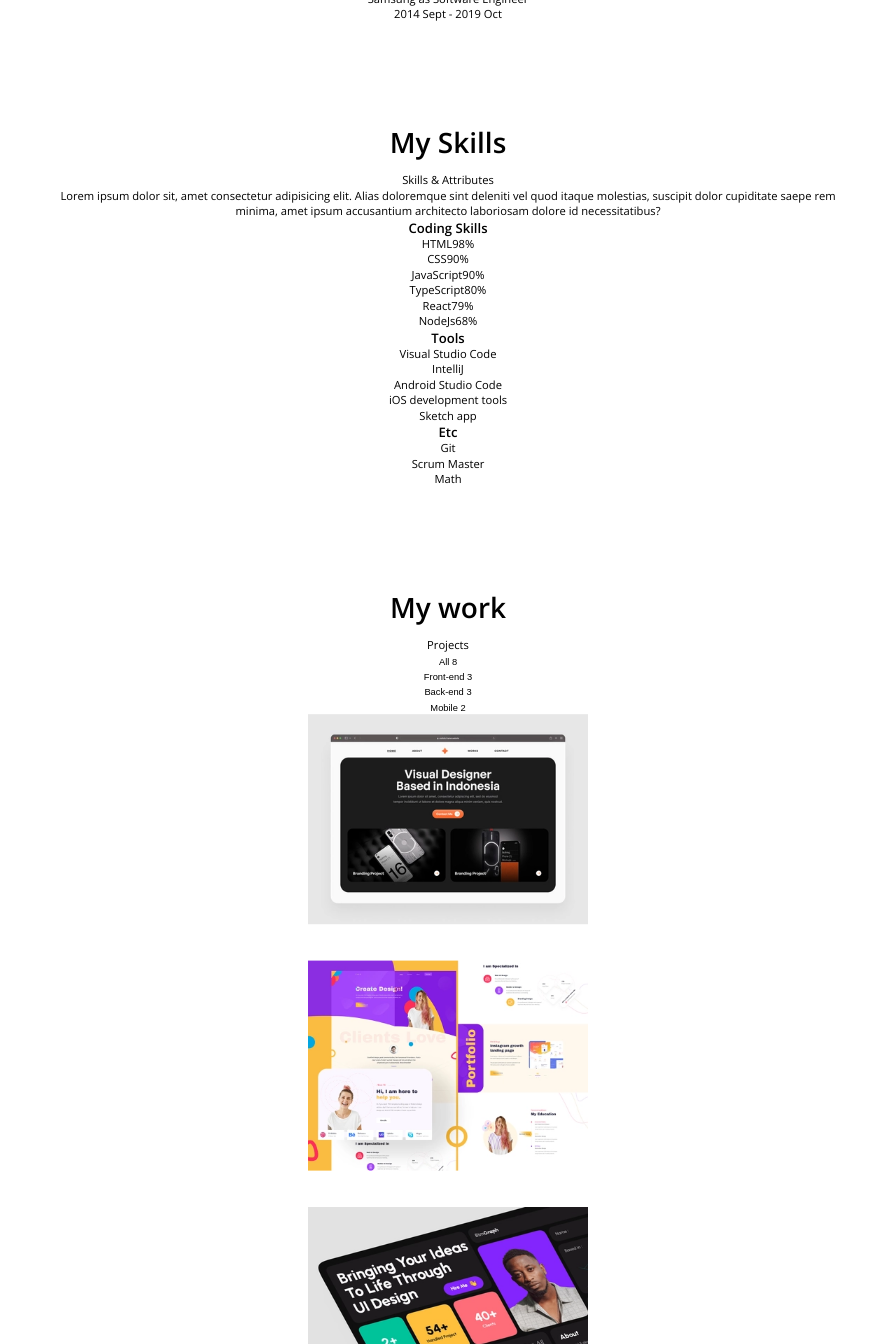
Repository: eggmoon/eggmoon_new
Page: index.html
The author's editor kept a copy of each file at every save. The page is drawn from the files as they stood at one save, then again after a run of saves.
The browser window is 1280 px wide. The pictures show the part of the page from y = 1156 to 3076 px (the page is 6527 px tall before and 6546 px after), at 70% of full size.
Some web libraries are served in a nearby version.

Above is the page before, as saved 2025-02-26 11:22:31.

### index.html
<!DOCTYPE html>
<html lang="en">
  <head>
    <meta charset="UTF-8" />
    <meta http-equiv="X-UA-Compatible" content="IE=edge" />
    <meta name="viewport" content="width=device-width, initial-scale=1.0" />
    <!-- SEO -->
    <title>행정심판청구서 작성 가이드</title>
    <meta
      name="description"
      content="Portfolio for world-renowned software
    engineer Ellie"
    />
    <meta name="author" content="MScho" />
    <link rel="shortcut icon" href="images/favicon.ico" type="image/x-icon" />
    <!-- OG (Open Graph Data) -->
    <meta property="og:title" content="행정정심판청구서 작성 가이드" />
    <meta property="og:type" content="website" />
    <meta property="og:url" content="https://eggmoon.github.io/eggmoon/"/>
    <meta property="og:image" content="배포후에 생성된 이미지 URL" />
    <!-- Google Fonts -->
    <link rel="preconnect" href="https://fonts.googleapis.com" />
    <link rel="preconnect" href="https://fonts.gstatic.com" crossorigin />
    <link
      href="https://fonts.googleapis.com/css2?family=Open+Sans:wght@400;600&display=swap"
      rel="stylesheet"
    />
    <!-- Font Awesome -->
    <script
      src="https://kit.fontawesome.com/9eb162ac0d.js"
      crossorigin="anonymous"
    ></script>
    <!-- CSS -->
    <link rel="stylesheet" href="css/style.css" />
    <!-- Javascript -->
    <script src="src/main.js" defer></script>
  </head>
  <body>
    <!-- Header -->
    <header class="header">
      <div class="header__logo">
        <img class="header__logo__img" src="images/favicon.ico" alt="logo" />
        <h1 class="header__logo__title"><a href="#">조미성 행정사사무소</a></h1>
      </div>
      <nav>
        <ul class="header__menu">
          <li><a class="header__menu__item active" href="#home">작성 Flow</a></li>
          <li><a class="header__menu__item" href="#about">사실관계 확인</a></li>
          <li><a class="header__menu__item" href="#skills">법령 포섭</a></li>
          <li><a class="header__menu__item" href="#work">사실의 재구성</a></li>
          <li><a class="header__menu__item" href="#testimonial">비례의 원칙</a></li>
          <li><a class="header__menu__item" href="#contact">청구서 작성</a></li>
        </ul>
      </nav>
    </header>
    <!-- Main -->
    <main>
      <!-- Home -->
      <section id="home" class="section">
        <img class="home__logo" src="images/favicon.ico" alt="Ellie's profile" />
        <h2 class="home__title"><strong class="home__title--strong">행정심판청구서</strong> <br> 작성 가이드</h2>
        <p class="home__description">사실관계 확정과 비례의 원칙을 중심으로</p>
        <a class="home__contact" href="#contact">조미성 행정사사무소</a>
      </section>
      <!-- About -->
      <section id="about" class="section">
        <h2 class="title">0. 작성 Flow</h2>
        <p section="description">
          사실관계 및 법령의 확인
        </p>
        <ul>
          <li>
            <i class="fa-brands fa-html5"></i>
            <p>Front-end</p>
            <p>HTML, CSS, JavaScript, TypeScript, React, Vue, Web APIs</p>
          </li>
          <li>
            <i class="fa-solid fa-mobile"></i>
            <p>Mobile</p>
            <p>Android, iOS, React Navtive, Flutter, Java, Swift, Kotlin</p>
          </li>
          <li>
            <i class="fa-solid fa-server"></i>
            <p>Back-end</p>
            <p>Java, JavaScript, Go, NodeJs, Rest APIs, GraphQL</p>
          </li>
        </ul>
        <ul>
          <li>
            <img src="images/jobs/google.png" alt="google logo" />
            <div>
              <p>Google as Senior Software Engineer</p>
              <p>2019 Oct - Until now</p>
            </div>
          </li>
          <li>
            <img src="images/jobs/samsung.png" alt="samsung logo" />
            <div>
              <p>Samsung as Software Engineer</p>
              <p>2014 Sept - 2019 Oct</p>
            </div>
          </li>
        </ul>
      </section>
      <!-- Skills -->
      <section id="skills" class="section">
        <h2 class="title">My Skills</h2>
        <p>Skills & Attributes</p>
        <p>
          Lorem ipsum dolor sit, amet consectetur adipisicing elit. Alias
          doloremque sint deleniti vel quod itaque molestias, suscipit dolor
          cupiditate saepe rem minima, amet ipsum accusantium architecto
          laboriosam dolore id necessitatibus?
        </p>
        <div>
          <section>
            <h3>Coding Skills</h3>
            <ul>
              <li>
                <div><span>HTML</span><span>98%</span></div>
                <div><div style="width: 98%"></div></div>
              </li>
              <li>
                <div><span>CSS</span><span>90%</span></div>
                <div><div style="width: 90%"></div></div>
              </li>
              <li>
                <div><span>JavaScript</span><span>90%</span></div>
                <div><div style="width: 90%"></div></div>
              </li>
              <li>
                <div><span>TypeScript</span><span>80%</span></div>
                <div><div style="width: 80%"></div></div>
              </li>
              <li>
                <div><span>React</span><span>79%</span></div>
                <div><div style="width: 79%"></div></div>
              </li>
              <li>
                <div><span>NodeJs</span><span>68%</span></div>
                <div><div style="width: 68%"></div></div>
              </li>
            </ul>
          </section>
          <section>
            <h3>Tools</h3>
            <ul>
              <li>Visual Studio Code</li>
              <li>IntelliJ</li>
              <li>Android Studio Code</li>
              <li>iOS development tools</li>
              <li>Sketch app</li>
            </ul>
          </section>
          <section>
            <h3>Etc</h3>
            <ul>
              <li>Git</li>
              <li>Scrum Master</li>
              <li>Math</li>
            </ul>
          </section>
        </div>
      </section>
      <!-- Work -->
      <section id="work" class="section">
        <h2 class="title">My work</h2>
        <p>Projects</p>
        <ul>
          <li>
            <button>All <span>8</span></button>
          </li>
          <li>
            <button>Front-end <span>3</span></button>
          </li>
          <li>
            <button>Back-end <span>3</span></button>
          </li>
          <li>
            <button>Mobile <span>2</span></button>
          </li>
        </ul>
        <ul>
          <li>
            <a href="#" target="_blank">
              <img src="images/projects/project1.webp" alt="project1" />
              <div>
                <h3>Project #1</h3>
                <p>Clone Coding with HTML, CSS</p>
              </div>
            </a>
          </li>
          <li>
            <a href="#" target="_blank">
              <img src="images/projects/project2.webp" alt="project2" />
              <div>
                <h3>Project #2</h3>
                <p>Clone Coding with HTML, CSS</p>
              </div>
            </a>
          </li>
          <li>
            <a href="#" target="_blank">
              <img src="images/projects/project3.webp" alt="project3" />
              <div>
                <h3>Project #3</h3>
                <p>Clone Coding with HTML, CSS</p>
              </div>
            </a>
          </li>
          <li>
            <a href="#" target="_blank">
              <img src="images/projects/project4.webp" alt="project4" />
              <div>
                <h3>Project #4</h3>
                <p>Clone Coding with HTML, CSS</p>
              </div>
            </a>
          </li>
          <li>
            <a href="#" target="_blank">
              <img src="images/projects/project5.webp" alt="project5" />
              <div>
                <h3>Project #5</h3>
                <p>Clone Coding with HTML, CSS</p>
              </div>
            </a>
          </li>
          <li>
            <a href="#" target="_blank">
              <img src="images/projects/project6.webp" alt="project6" />
              <div>
                <h3>Project #6</h3>
                <p>Clone Coding with HTML, CSS</p>
              </div>
            </a>
          </li>
          <li>
            <a href="#" target="_blank">
              <img src="images/projects/project7.webp" alt="project7" />
              <div>
                <h3>Project #7</h3>
                <p>Clone Coding with HTML, CSS</p>
              </div>
            </a>
          </li>
          <li>
            <a href="#" target="_blank">
              <img src="images/projects/project8.webp" alt="project8" />
              <div>
                <h3>Project #8</h3>
                <p>Clone Coding with HTML, CSS</p>
              </div>
            </a>
          </li>
        </ul>
      </section>
      <!-- Testimonials -->
      <section id="testimonial" class="section">
        <h2 class="title">Testimonial</h2>
        <p>See what they say about me</p>
        <ul>
          <li>
            <img src="images/testimonials/people1.webp" alt="people1" />
            <div>
              <p>
                Lorem ipsum dolor sit amet, consectetur adipisicing elit. Rem ad
                iusto, ea alias, at sit libero laboriosam eaque eum, reiciendis
                obcaecati vitae non reprehenderit beatae officiis. Dolore
                corporis eveniet labore.
              </p>
              <p><a href="#">James Kim</a> /Google</p>
            </div>
          </li>
          <li>
            <img src="images/testimonials/people2.webp" alt="people2" />
            <div>
              <p>
                Lorem ipsum, dolor sit amet consectetur adipisicing elit. Iure
                adipisci quibusdam perspiciatis neque consequuntur nostrum
                quisquam dolore consequatur voluptatum animi laborum, sequi
                ipsum rerum voluptatibus sit ab similique quos velit?
              </p>
              <p><a href="#">Anna Jin</a> /Samsung</p>
            </div>
          </li>
          <li>
            <img src="images/testimonials/people3.webp" alt="people3" />
            <div>
              <p>
                Lorem ipsum dolor sit amet consectetur adipisicing elit.
                Perferendis, mollitia. Fugiat recusandae unde ducimus harum
                voluptas earum reiciendis expedita inventore quas ab eum
                dignissimos, maiores deleniti officiis qui, repudiandae
                voluptatibus?
              </p>
              <p><a href="#">Anna Jin</a> /Samsung</p>
            </div>
          </li>
        </ul>
      </section>
      <!-- Arrow up -->
      <aside>
        <a href="#home" title="back to top">
          <i class="fa-solid fa-arrow-up"></i>
        </a>
      </aside>
    </main>
    <!-- Footer -->
    <footer id="contact" class="section">
      <h2>Let&#39;s talk</h2>
      <p>dream.coder.ellie@gmail.com</p>
      <ul>
        <li>
          <a
            href="https://github.com/dream-ellie"
            target="_blank"
            title="my github link"
          >
            <i class="fa-brands fa-github"></i>
          </a>
        </li>
        <li>
          <a
            href="https://github.com/dream-ellie"
            target="_blank"
            title="my linkedin link"
          >
            <i class="fa-brands fa-linkedin"></i>
          </a>
        </li>
      </ul>
      <p>ⓒDream Coding Ellie - All rights reserved</p>
    </footer>
  </body>
</html>

### css/style.css
/* Global */
:root {
/* App Colors */
  --color-primary: var(--color-black);
  --color-primary-variant: var(--color-gray);
  --color-accent: var(--color-blue);
  --color-accent-variant: var(--color-orange);
  --color-text: var(--color-white);
  /* Colors */
  --color-white: #ffffff;
  --color-black: #050a13;
  --color-blue: #03e8f9;
  --color-orange: #fd6413;
  --color-gray: #1b1e26;
}
*{
  box-sizing: border-box;
}
body {
  font-family: 'Open Sans', sans-serif;
  margin: 0;
}
h1, h2, h3, p, ul {
  margin: 0;
}

ul {
  list-style: none;
  padding: 0;
}

a{
  text-decoration: none;
  color: var(--color-text);
}

button{
  background-color: transparent;
  outline: 0;
  border: 0;
}

button:focus {
  outline: 1px solid var(--color-blue);
}

/* Common */
.section{
  padding: 4rem;
  text-align: center !important;
}

.title{
  font-size: 2.5rem;
  margin: 1rem 0;

}

.description{
  font-size:1.5rem;
  margin:0.5rem 0;
}

/* Header */
.header{
  position: fixed;
  background-color: var(--color-black);
  top: 0;
  width: 100%;
  padding:1rem;
  display: flex;
  justify-content: space-between;
  align-items: center;
}

.header__logo{
  display:flex;
  align-items: center;
  gap: 8px
}

.header__logo__img{
  width: 36px;
  height: 36px;
}

.header__logo__title {
  font-size: 1.8rem;
}

.header__menu{
  display:flex;
  gap: 4px;
}
.header__menu__item{
  padding: 8px 16px;
}
.header__menu__item:hover{
  border-bottom: 1px solid var(--color-accent);
}
.header__menu__item.active{
  border: 1px solid var(--color-accent);
}
/* Home */
#home{
  background-color: var(--color-primary);
  color: var(--color-text);
  padding: 5rem 1rem;
  padding-top: 7rem;
  text-align: center;
}
.home__logo{
 width: 250px;
 height: 250px;
 object-fit: contain;
 border: 3px solid var(--color-accent);
 border-radius: 50%;
}
.home__title{
 font-size:3rem;
 margin-bottom: 1rem;

}
.home__title--strong{
  color: var(--color-accent);
}
/* .home__description{

} */

.home__contact{
  display: inline-block;
  background-color: var(--color-accent);
  color: var(--color-black);
  padding: 0.5rem 1rem;
  font-weight: bold;
  border-radius: 4px;
}

.home__contact:hover{
    /* hover 밀림 현상 해결: width, height을 주거나 outline으로 해결함 */
  background-color:transparent;
  outline: 1px solid var(--color-accent);
  color: var(--color-text);

}

Loaded but not shown: src/main.js (no copy from this time; the picture is the same without it)

After the next 2 saves:
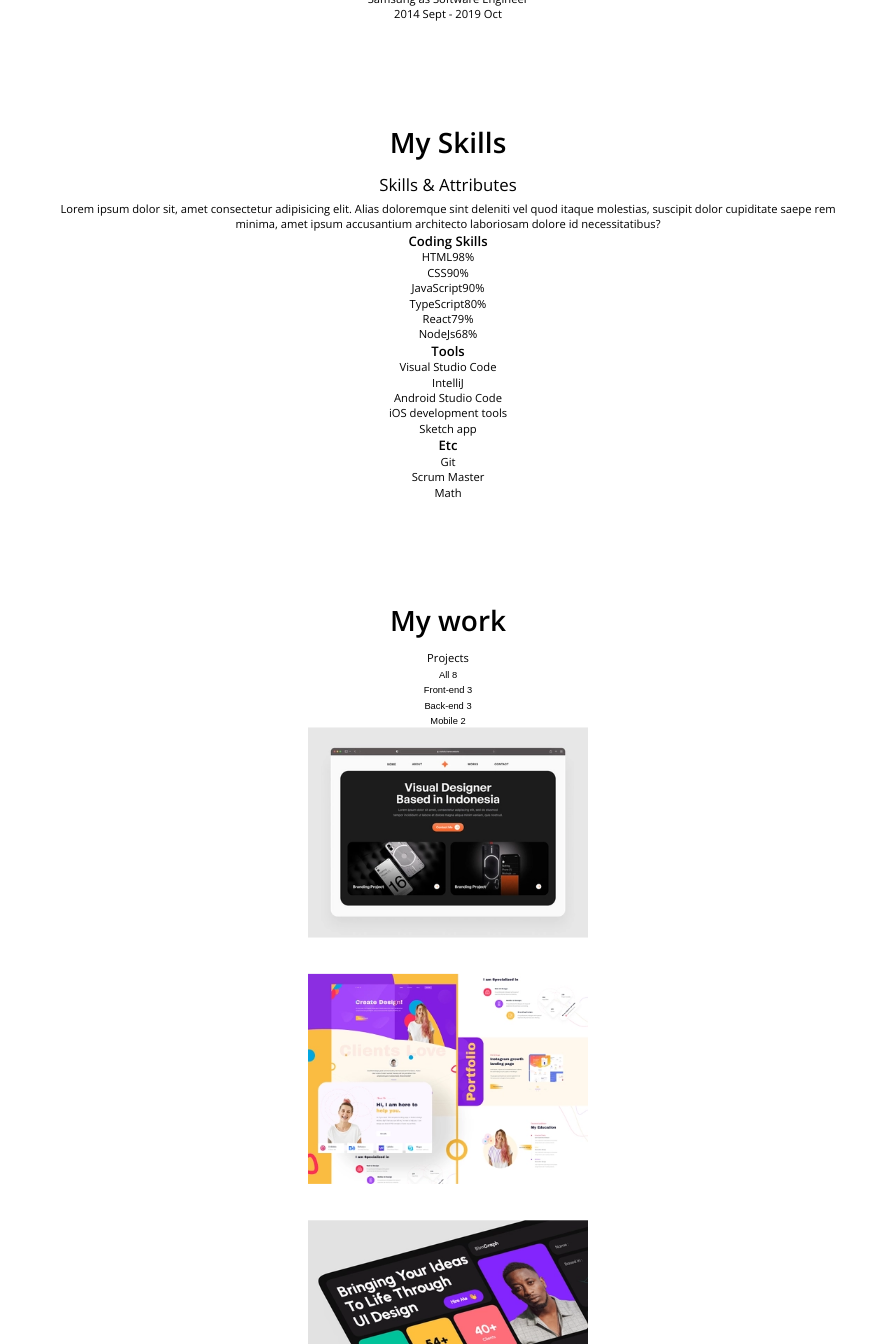
The 2 saves are shown as one change because they came seconds apart.
The last was saved 33 s later.
--- a/index.html
+++ b/index.html
@@ -105,7 +105,7 @@
       <!-- Skills -->
       <section id="skills" class="section">
         <h2 class="title">My Skills</h2>
-        <p>Skills & Attributes</p>
+        <p class="description">Skills & Attributes</p>
         <p>
           Lorem ipsum dolor sit, amet consectetur adipisicing elit. Alias
           doloremque sint deleniti vel quod itaque molestias, suscipit dolor
